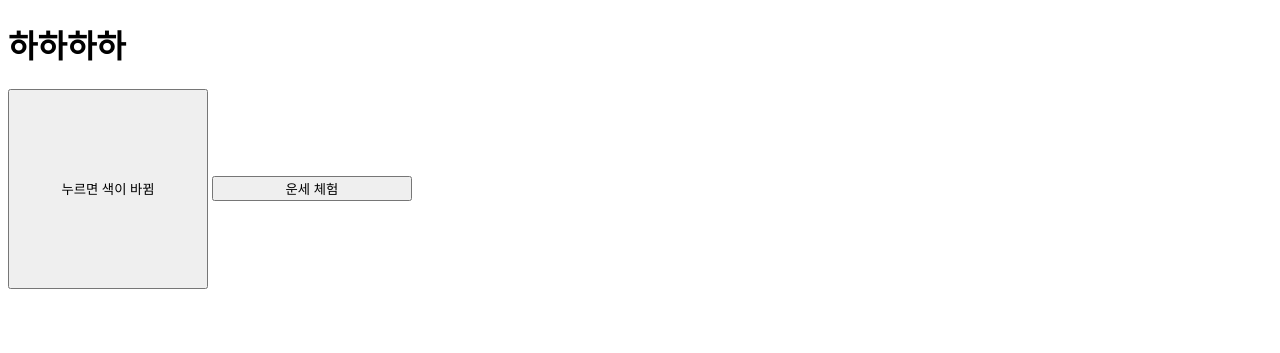
Repository: jun01270/F-E-practice
Page: index.html
These files come from the project's save history. The page is drawn as it stood at one moment and after the next save; the edit follows.
The browser window is 1280 px wide. The pictures show the whole page.

Above is the page before, as saved 2022-12-12 19:53:47.

After the next save:
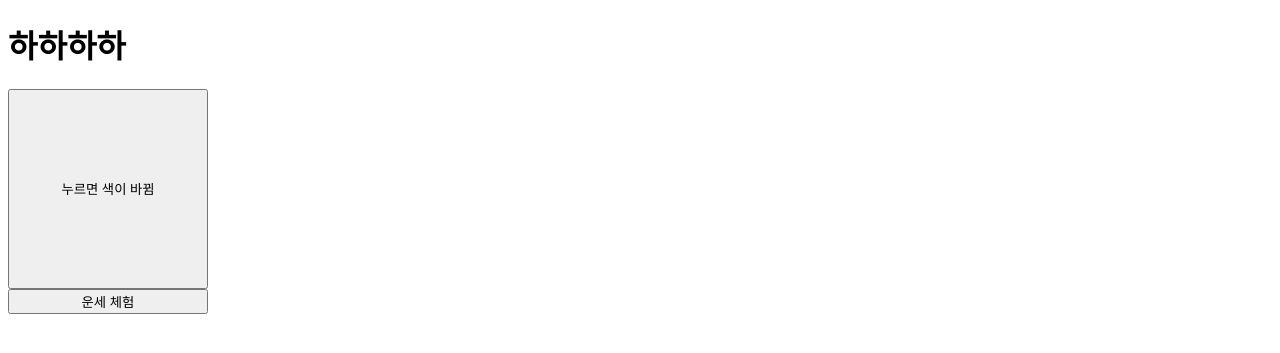
Saved 8 s later.
--- a/index.html
+++ b/index.html
@@ -10,7 +10,7 @@
   <body>
     <div class="first">
       <h1 id="laugh">HAHAHAHAHA</h1>
-      <button class="Boom">누르면 색이 바뀜</button>
+      <button class="Boom">누르면 색이 바뀜</button><br />
       <button class="lucky" style="width: 200px">운세 체험</button>
     </div>
     <script src="app.js"></script>
